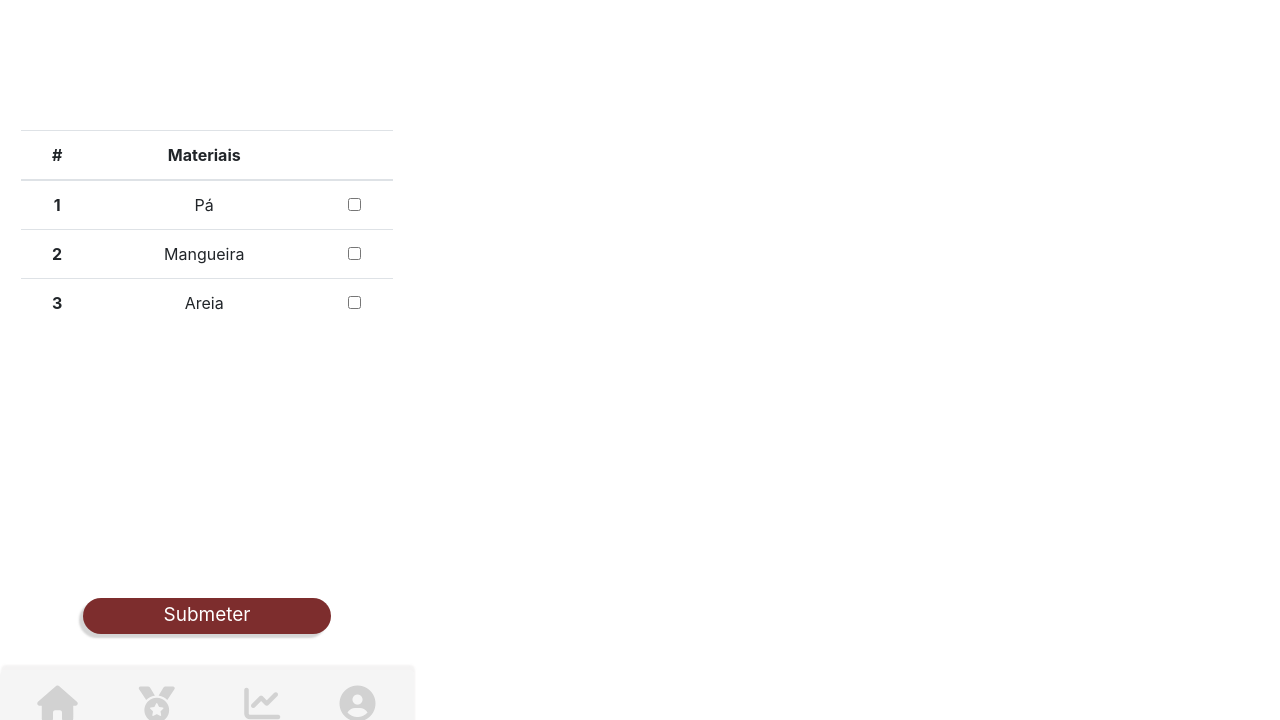
Repository: grupodetrabalhoeficiente/D213
Page: D213/Frontend/ConfirmarMateriais.html
The author's editor kept a record of every edit. The page is drawn from the files as they stood at one moment, then again after the next edit.
The browser window is 1280 px wide. The pictures show the whole page.
Some web libraries are served in a nearby version.

Above is the page before.

After the next edit:
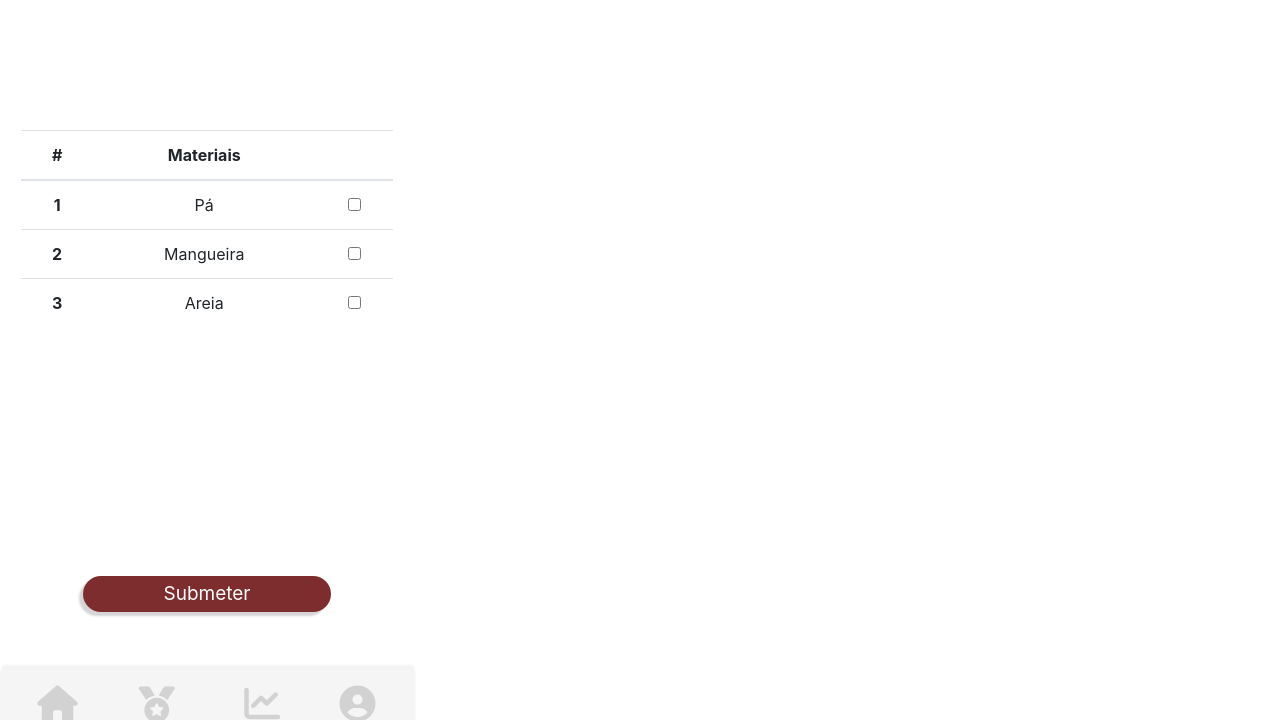
The edit:
--- a/D213/Frontend/ConfirmarMateriais.css
+++ b/D213/Frontend/ConfirmarMateriais.css
@@ -54,7 +54,7 @@
     color: white;
     font-size: 19px;
     border: none;
-    top: 83%;
+    top: 80%;
     left: 20%;
     box-shadow: -4px 4px 2px rgb(171 171 171 / 50%);
 }
